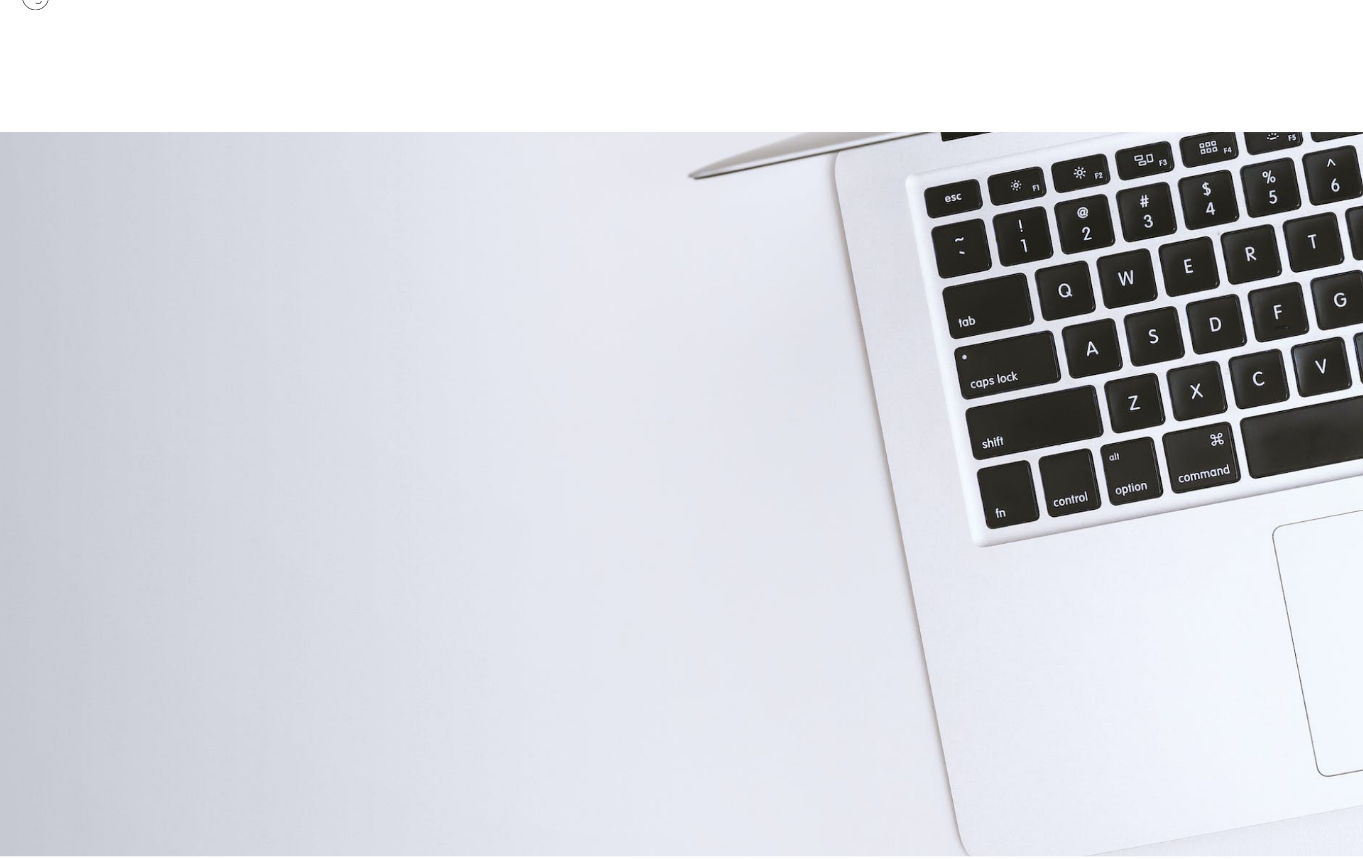
Repository: MEROO1010/Portfolio-2
Page: /
These files come from the project's save history. The page is drawn as it stood at one moment and after the next save; the edit follows.
The browser window is 1280 px wide. The page is 1920 px wide, so the pictures cover 1920 px, including what lies to the right of the window. The pictures show the whole page, at 71% of full size.
The project was rebuilt for these pictures with package versions that can differ from the ones it lists, and the page was loaded fresh each time.

Above is the page before, as saved 2023-12-16 11:06:29.

### src/App.js
import './App.css';
import Home from './components/Home';
import Navbar from './components/Navbar';

function App() {
  return (
    <div className="App">
     <Navbar/>
     <Home/>
    </div>
  );
}

export default App;

### src/components/Home.js
import React from 'react'
import HomeImage from "../images/header background.png";
import styled from "styled-components"


const Home = () => {
  return (
    <Container>
        <img src={HomeImage}alt=""/>
    </Container>
  )
}

const Container = styled.div`
 width: 100%;
`

export default Home

### src/components/Navbar.js
import React from 'react'
import styled from "styled-components"
import MYLOGO from "../images/white logo.png";

const Navbar = () => {
  return (
    <Container>
       <ul>
          <li>Home</li>
          <li>About Me</li>
          <li>Services</li>
          <li>Portfolio</li>
          <li>Contact</li>
       </ul>

       <Logo>
       <img src={MYLOGO}alt=""/>
       </Logo>
    </Container>
  )
}


const Container = styled.div `
  margin-bottom:60px;
  background-color:white;
  position:relative;
  bottom:40px;



  ul{
    position:relative;
   list-style-type: none;
  margin-top: 10px;
  padding-left: 20px;
  top: 8px;
  left:140px;
  overflow: hidden;
  }

  li {
    position:sticky;
    justifyContent: flex-end;
    display: flex;
    right:100px;
  float: left;
  padding-left: 20px;
  margin-left:120px;


}
li a {
  display: block;
  color: white;
  text-align: center;
  padding: 16px;
  text-decoration: none;
}

li a:hover {
  background-color: #111111;
}
`

const Logo = styled.div `
position:relative;
bottom:40px;
padding-bottom:80px;
 img{
 width:60px;
 height:60px;
 float: left;
 margin-left:20px;
 padding-bottom:20px;
 justifyContent: flex-end;

 }
`

export default Navbar

Loaded but not shown: public/index.html (common file); src/index.js (common file); src/index.css (common file); src/reportWebVitals.js (common file); src/App.css (common file)

After the next save:
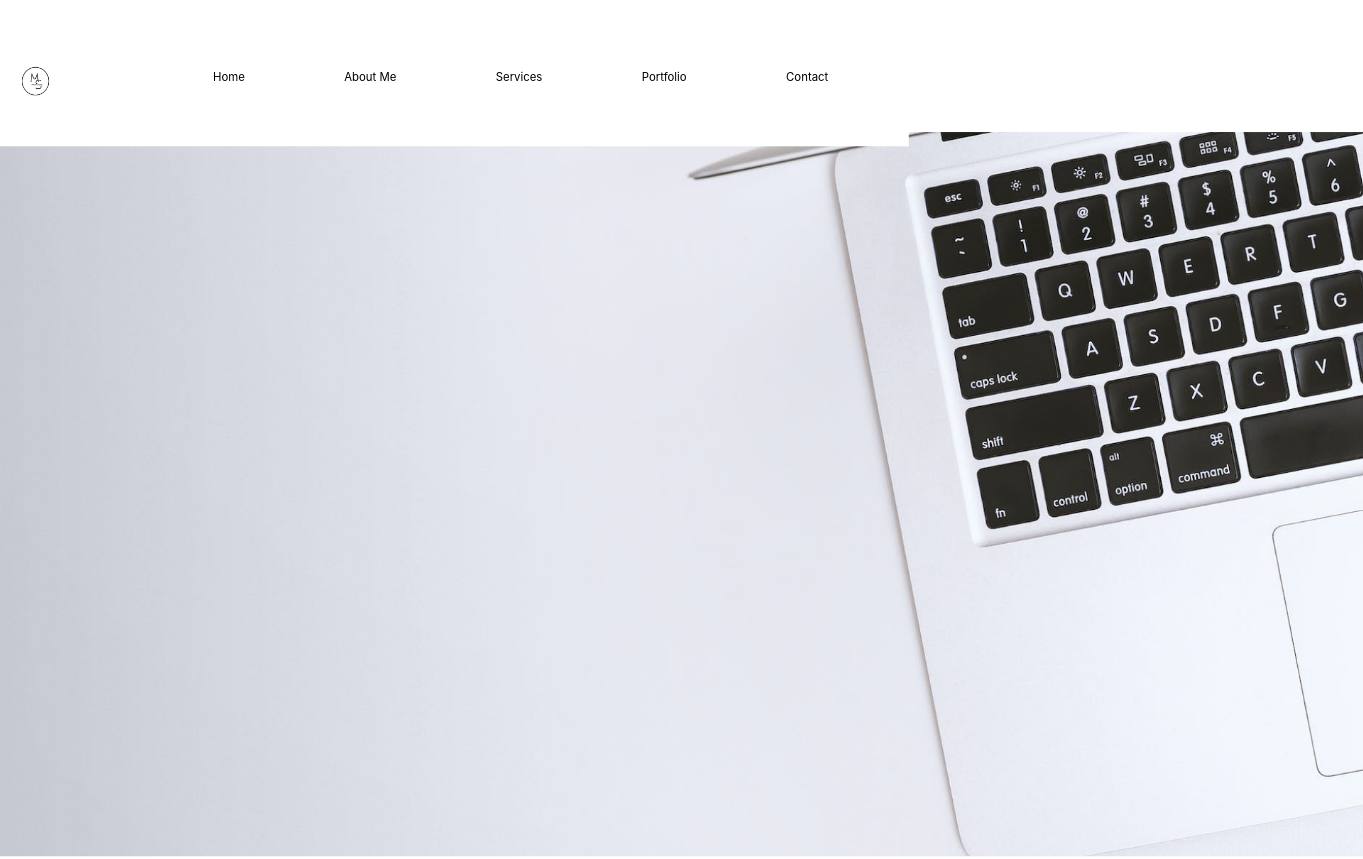
Saved 4 s later.
--- a/src/components/Navbar.js
+++ b/src/components/Navbar.js
@@ -25,7 +25,7 @@ const Container = styled.div `
   margin-bottom:60px;
   background-color:white;
   position:relative;
-  bottom:40px;
+  top:80px;
 
 
 
